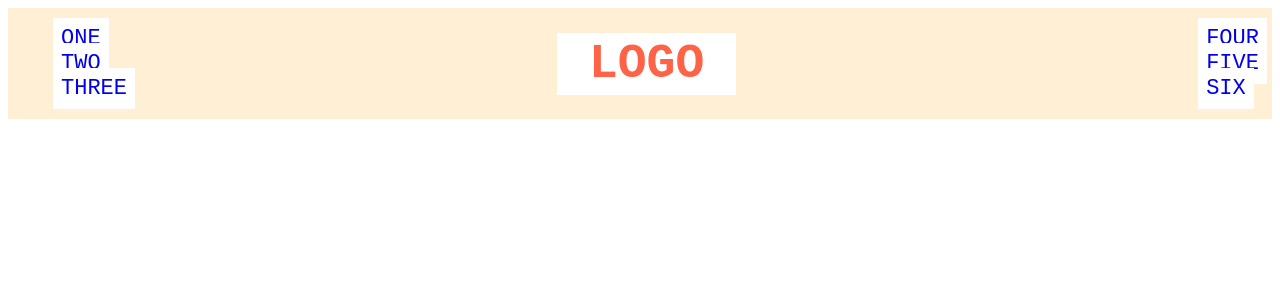
Repository: evemcd/odin_project
Page: 06-odin-css-flex/02-flex-header/index.html
These files come from the project's save history. The page is drawn as it stood at one moment and after the next save; the edit follows.
The browser window is 1280 px wide. The pictures show the whole page.

Above is the page before, as saved 2022-02-02 13:20:10.

### 06-odin-css-flex/02-flex-header/index.html
<!DOCTYPE html>
<html lang="en">

<head>
    <meta charset="UTF-8">
    <meta http-equiv="X-UA-Compatible" content="IE=edge">
    <meta name="viewport" content="width=device-width, initial-scale=1.0">
    <title>Flex Header</title>
    <link rel="stylesheet" href="style.css">
</head>

<body>
    <div class="header">
        <div class="left-links">
            <ul>
                <li><a href="#">ONE</a></li>
                <li><a href="#">TWO</a></li>
                <li><a href="#">THREE</a></li>
            </ul>
        </div>
        <div class="logo">LOGO</div>
        <div class="right-links">
            <ul>
                <li><a href="#">FOUR</a></li>
                <li><a href="#">FIVE</a></li>
                <li><a href="#">SIX</a></li>
            </ul>
        </div>
    </div>
</body>

</html>

### 06-odin-css-flex/02-flex-header/style.css
.header {
    font-family: monospace;
    background: papayawhip;
    display: flex;
    justify-content: space-between;
    padding: 5px;
}

.left-links {
    display: flex;
}

.right-links {
    display: flex;
}

.logo {
    font-size: 48px;
    font-weight: 900;
    color: tomato;
    background: white;
    padding: 4px 32px;
    margin: auto;
}

ul {
    /* this removes the dots on the list items*/
    list-style-type: none;
}

a {
    font-size: 22px;
    background: white;
    padding: 8px;
    /* this removes the line under the links */
    text-decoration: none;
}

After the next save:
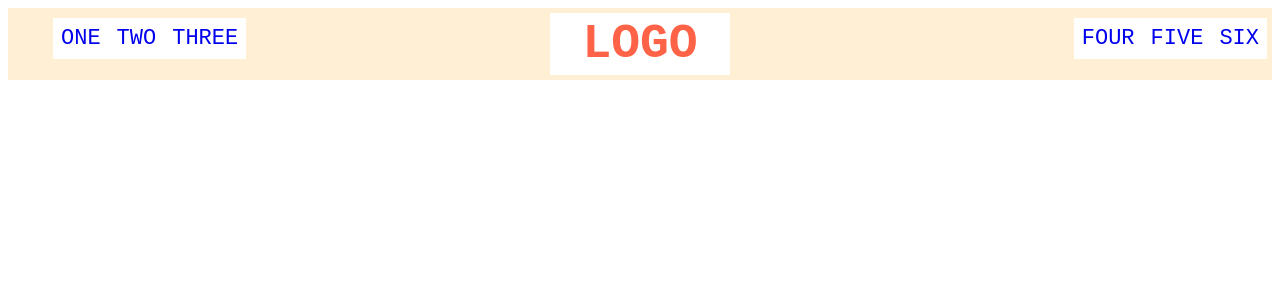
Saved 95 s later.
--- a/06-odin-css-flex/02-flex-header/style.css
+++ b/06-odin-css-flex/02-flex-header/style.css
@@ -6,13 +6,13 @@
     padding: 5px;
 }
 
-.left-links {
+/* .left-links {
     display: flex;
 }
 
 .right-links {
     display: flex;
-}
+} */
 
 .logo {
     font-size: 48px;
@@ -26,6 +26,11 @@
 ul {
     /* this removes the dots on the list items*/
     list-style-type: none;
+    display: flex;
+}
+
+li {
+    flex: 1;
 }
 
 a {
